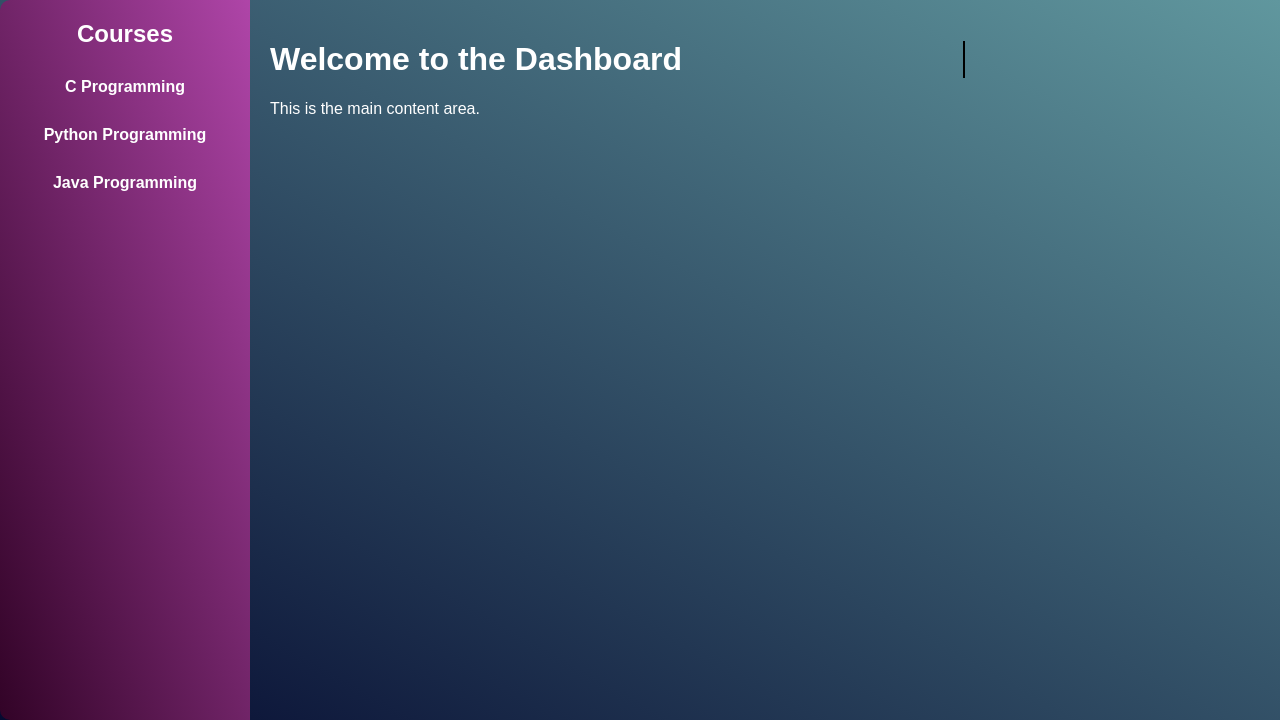
Repository: RishitSharma88/SeaGro
Page: templates/learningcourses.html
The author's editor kept a copy of each file at every save. The page is drawn from the files as they stood at one save, then again after the next save.
The browser window is 1280 px wide. The pictures show the whole page.
The template is drawn by Flask 3. The application's start-up code is not run. The template is opened directly, without the code that normally fills it, so the values that code supplies are empty.

Above is the page before, as saved 2024-12-28 13:35:48.

After the next save:
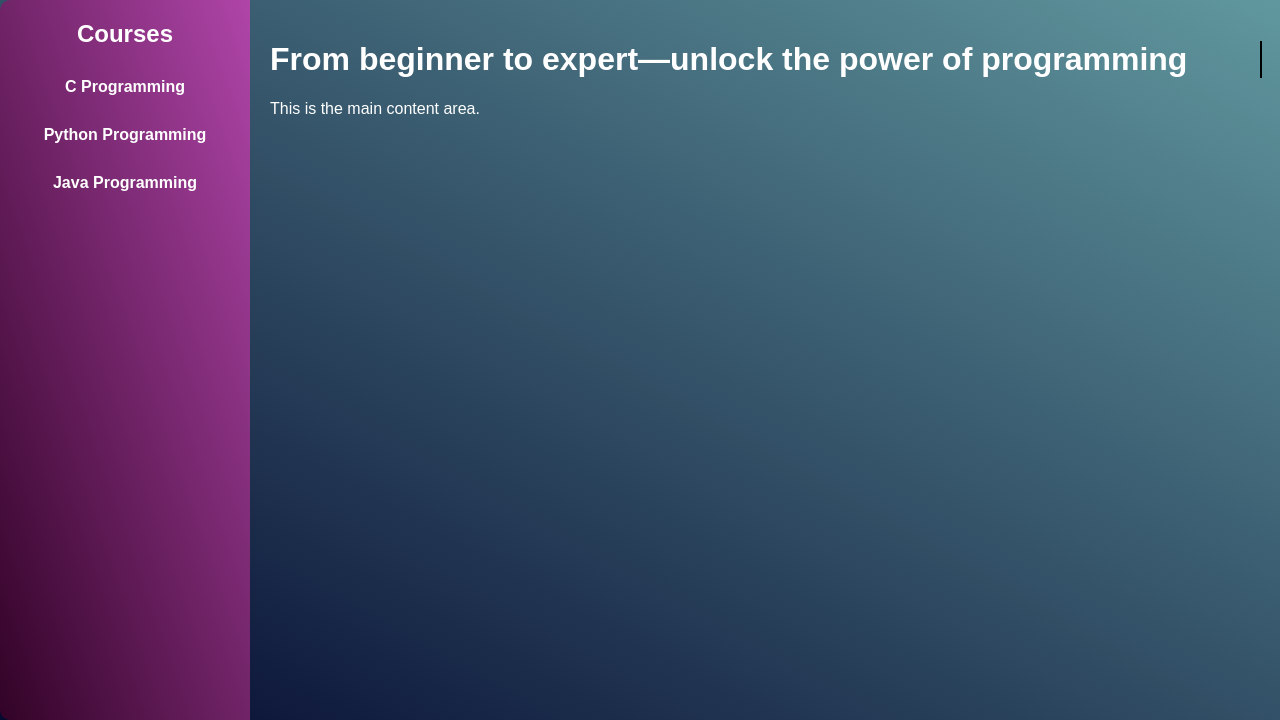
Saved 51 s later.
--- a/templates/learningcourses.html
+++ b/templates/learningcourses.html
@@ -70,18 +70,14 @@
             overflow: hidden;
             white-space: nowrap;
             border-right: 2px solid black;
-            animation: typing 3s steps(20) infinite, blink 0.5s step-end infinite;
+            animation: typing 3s steps(20) forwards, blink 0.5s step-end infinite;
         }
-
         @keyframes typing {
-            0% {
+            from {
                 width: 0;
             }
-            50% {
-                width: 100%; /* Full text is displayed */
-            }
-            100% {
-                width: 0; /* Text disappears */
+            to {
+                width: 100%;
             }
         }
 
@@ -90,6 +86,7 @@
                 border-color: transparent;
             }
         }
+
         /*.sidebar.collapsed {
             transform: translateX(-250px);
         }
@@ -135,7 +132,7 @@
     <!-- <button class="toggle-btn">&#9664;</button> -->
 
     <div class="main-content">
-        <h1 class="typing">Welcome to the Dashboard</h1>
+        <h1 class="typing">From beginner to expert—unlock the power of programming</h1>
         <p>This is the main content area.</p>
     </div>
 
